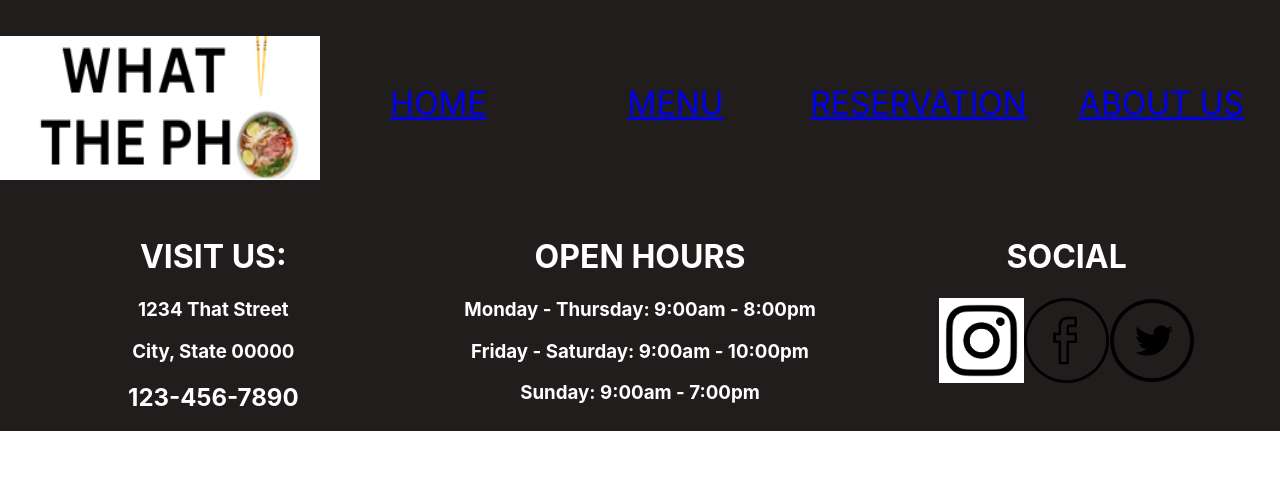
Repository: NguyenkhDang/Restaurant-Website
Page: /reservation
The author's editor kept a copy of each file at every save. The page is drawn from the files as they stood at one save, then again after the next save.
The browser window is 1280 px wide. The pictures show the whole page.
The project was rebuilt for these pictures with package versions that can differ from the ones it lists, and the page was loaded fresh each time. Also part of the build but not shown: src/CSS/Readmore.css, src/Readmore.js, src/CSS/SectionContainer.css, src/SectionContainer.js, src/CSS/Home.css, src/Pages/HomePage.js, src/Pages/MenuPage.js, src/Pages/AboutUsPage.js and 1 more.

Above is the page before, as saved 2026-01-17 16:09:38.

### src/index.js
import React from 'react';
import ReactDOM from 'react-dom/client';
import './index.css';
import App from './App';
import reportWebVitals from './reportWebVitals';
import { BrowserRouter } from "react-router-dom";


const root = ReactDOM.createRoot(document.getElementById("root"));
root.render(
  <BrowserRouter>
    <App />
  </BrowserRouter>
);

// If you want to start measuring performance in your app, pass a function
// to log results (for example: reportWebVitals(console.log))
// or send to an analytics endpoint. Learn more: https://bit.ly/CRA-vitals
reportWebVitals();

### src/App.js

import './App.css';

import NavigationBar from './NavigationBar';
import Footer from "./Footer"
import {Routes, Route} from "react-router-dom"



import HomePage from "./Pages/HomePage"
import MenuPage from "./Pages/MenuPage"
import ReservationPage from "./Pages/ReservationPage"
import AboutUsPage from "./Pages/AboutUsPage"
import ContactUsPage from "./Pages/ContactUsPage"

function App() {


  return (
    <div className="home">
      <NavigationBar />

      <Routes>
        <Route path="/" element={<HomePage />} />
        <Route path="/menu" element={<MenuPage />} />
        <Route path="/reservation" element={<ReservationPage />} />
        <Route path="/aboutUs" element={<AboutUsPage />} />
        <Route path="contactUs" element={<ContactUsPage />} />
      </Routes>

      <Footer />
  </div>
);
}

export default App;

### src/App.css
html{
  -ms-overflow-style: none;
  scrollbar-width: none;
}

.home {
  display: grid;
  margin: 0;
  padding: 0;

  background: radial-gradient(
    circle,
    rgba(245, 240, 213, 1) 0%,
    rgba(38, 115, 42, 1) 100%
  );
  place-items: center;
  text-align: center;
  color: white;
}


html::-webkit-scrollbar {
  display: none;
}

### src/NavigationBar.js
import "./CSS/NavigationBar.css"
import Logo from "./image/CustomLogo2.png"
import { Link } from "react-router-dom"
const NavigationBar = () =>{



  return (
    <div className="navbar">
      <div className="logoImage">
        <img src= {Logo} />
      </div>
      <div className="wholeNavBar">
        <ul>
          <li>
            <Link to="/">HOME</Link>
          </li>
          <li>
            <Link to="/menu">MENU</Link>
          </li>
          <li>
            <Link to="/reservation">RESERVATION</Link>
          </li>
          <li>
            <Link to="/aboutUs">ABOUT US</Link>
          </li>
        </ul>

      </div>
    </div>
  )


}

export default NavigationBar

### src/Footer.js
import "./CSS/Footer.css"
import InstagramIcon from "./image/instagramIcon.png"
import FacebookIcon from "./image/facebookIcon.png"
import TwitterIcon from "./image/twitterIcon.png"
const Footer = () =>{

  return(
    <div className="footer">
      <div>
        <h1>VISIT US:</h1>
        <h3>1234 That Street</h3>
        <h3>City, State 00000</h3>

        <h2>123-456-7890</h2>
      </div>
      <div>
        <h1>OPEN HOURS</h1>
        <h3>Monday - Thursday: 9:00am - 8:00pm</h3>
        <h3>Friday - Saturday: 9:00am - 10:00pm</h3>
        <h3>Sunday: 9:00am - 7:00pm</h3>
      </div>
      <div>
        <h1>SOCIAL</h1>
        <a href="https://www.instagram.com/" target="_blank"><img src={InstagramIcon}/></a>
        <a href="https://www.facebook.com/" target="_blank"><img src={FacebookIcon}/></a>
        <a href="https://x.com/" target="_blank"><img src={TwitterIcon}/></a>
      </div>

    </div>
  )

}

export default Footer

### src/Pages/ReservationPage.js
import ReservationForm from "../ReservationForm"


const ReservationPage = () =>{
  return(
    <>
      <ReservationForm />
    </>
  )
}

export default ReservationPage

### src/CSS/NavigationBar.css
.navbar{
  background-color: rgb(34, 29, 29);
  display: grid;
  grid-template-columns: 25% 75%;
  width: 100vw;
  height: 25vh;
  padding-top: 5vh;
}
.wholeMavBar{
  float: right;
  height: 10vh;
}

.logoImage img{
  height: 20vh;
  width: 25vw;
  object-fit: fill;
  object-position: center;
}

ul{
  align-items: center;
  list-style-type: none;
  display: grid;
  place-items: center;
  grid-template-columns: 1fr 1fr 1fr 1fr;
  margin-top: 5%;
  padding: 0;
}
li a{
  font-size: 2em;
  text-align: center;
  padding: 14px 16px;
}

li a:hover{
  background-color: #c5b1b1;
}

### src/CSS/Footer.css
.footer{
  background-color: rgb(34, 29, 29);
  display: grid;
  grid-template-columns: repeat(3, 1fr);
  width: 100vw;
}

.footer img{
  width: 20%;
}

### src/ReservationForm.js
import { useState } from "react"

const ReservationForm = () =>{

  const [formData, setFormData] = useState({
    name: "",
    email: "",
    date: "",
    time: "",
    guests: 1,
    request: ""
  });
}

export default ReservationForm

Loaded but not shown: public/index.html (common file); src/index.css (common file); src/reportWebVitals.js (common file)

After the next save:
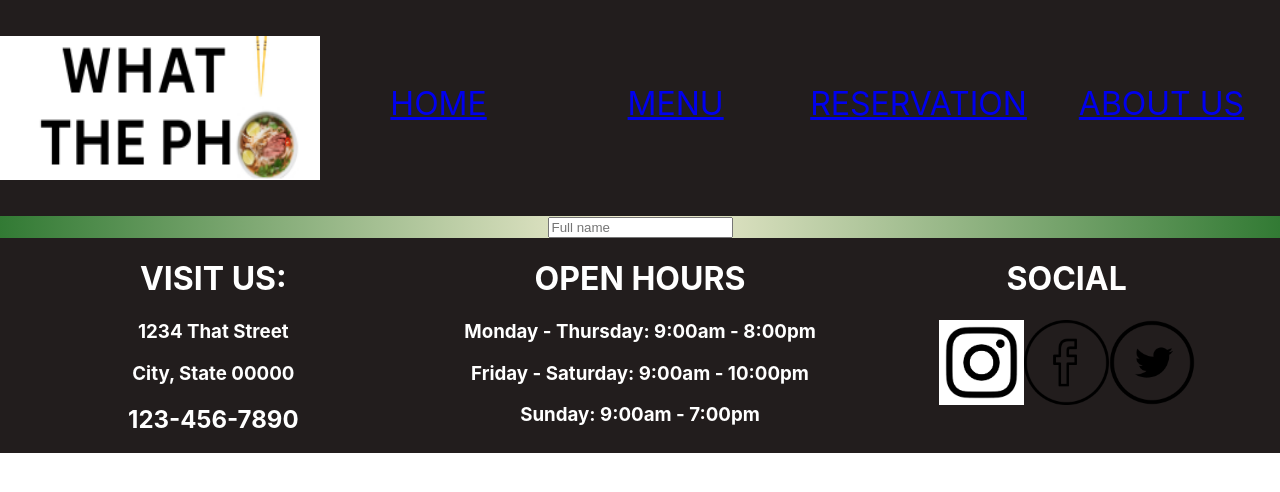
Saved 61 s later.
--- a/src/ReservationForm.js
+++ b/src/ReservationForm.js
@@ -10,6 +10,20 @@ const ReservationForm = () =>{
     guests: 1,
     request: ""
   });
+
+
+  return (
+    <form>
+      <input
+        type="text"
+        name="name"
+        placeholder="Full name"
+        required
+
+      />
+
+    </form>
+  )
 }
 
 export default ReservationForm
